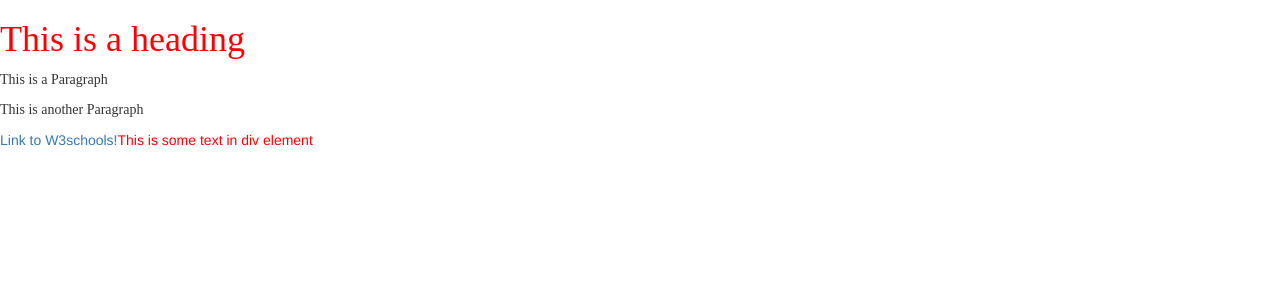
Repository: vaibhavkri/Trendnxt-Projects
Page: bootstrap/Bootstrap– L3 Assignment/Topic 5 CSS Pseudo-classes/Assignment2.html
These files come from the project's save history. The page is drawn as it stood at one moment and after the next save; the edit follows.
The browser window is 1280 px wide. The pictures show the whole page.

Above is the page before, as saved 2018-10-23 14:13:33.

### bootstrap/Bootstrap– L3 Assignment/Topic 5 CSS Pseudo-classes/Assignment2.html
<!DOCTYPE html>
<html lang="en">

<head>
    <title>Bootstrap Example</title>
    <meta charset="utf-8">
    <meta name="viewport" content="width=device-width, initial-scale=1, shring-to-fit=no">
    <link rel="stylesheet" href="https://maxcdn.bootstrapcdn.com/bootstrap/3.3.7/css/bootstrap.min.css">
    <script src="https://ajax.googleapis.com/ajax/libs/jquery/3.3.1/jquery.min.js"></script>
    <script src="https://maxcdn.bootstrapcdn.com/bootstrap/3.3.7/js/bootstrap.min.js"></script>
    <style>
        h1::first-line {
            font-family: 'Times New Roman', Times, serif;
            font-weight: 16px;
            color: red;
        }

        p::first-line {
            font-family: 'Times New Roman', Times, serif;
        }

        div::first-line {
            color: red;
        }
    </style>
</head>

<body>
    <h1>This is a heading </h1>
    <p>This is a Paragraph</p>
    <p>This is another Paragraph</p>
    <div>
        <a href="https://www.w3schools.com/default.asp">Link to W3schools!</a>This is some text in div element</div>


</body>

</html>

After the next save:
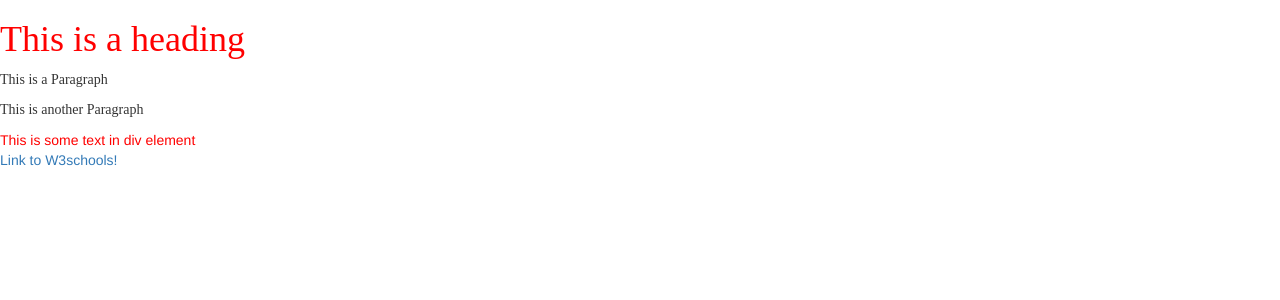
Saved 62 s later.
--- a/bootstrap/Bootstrap– L3 Assignment/Topic 5 CSS Pseudo-classes/Assignment2.html
+++ b/bootstrap/Bootstrap– L3 Assignment/Topic 5 CSS Pseudo-classes/Assignment2.html
@@ -22,6 +22,10 @@
         div::first-line {
             color: red;
         }
+
+        a::first-line {
+            color: red;
+        }
     </style>
 </head>
 
@@ -29,8 +33,8 @@
     <h1>This is a heading </h1>
     <p>This is a Paragraph</p>
     <p>This is another Paragraph</p>
-    <div>
-        <a href="https://www.w3schools.com/default.asp">Link to W3schools!</a>This is some text in div element</div>
+    <div>This is some text in div element</div>
+    <a href="https://www.w3schools.com/default.asp">Link to W3schools!</a>
 
 
 </body>
